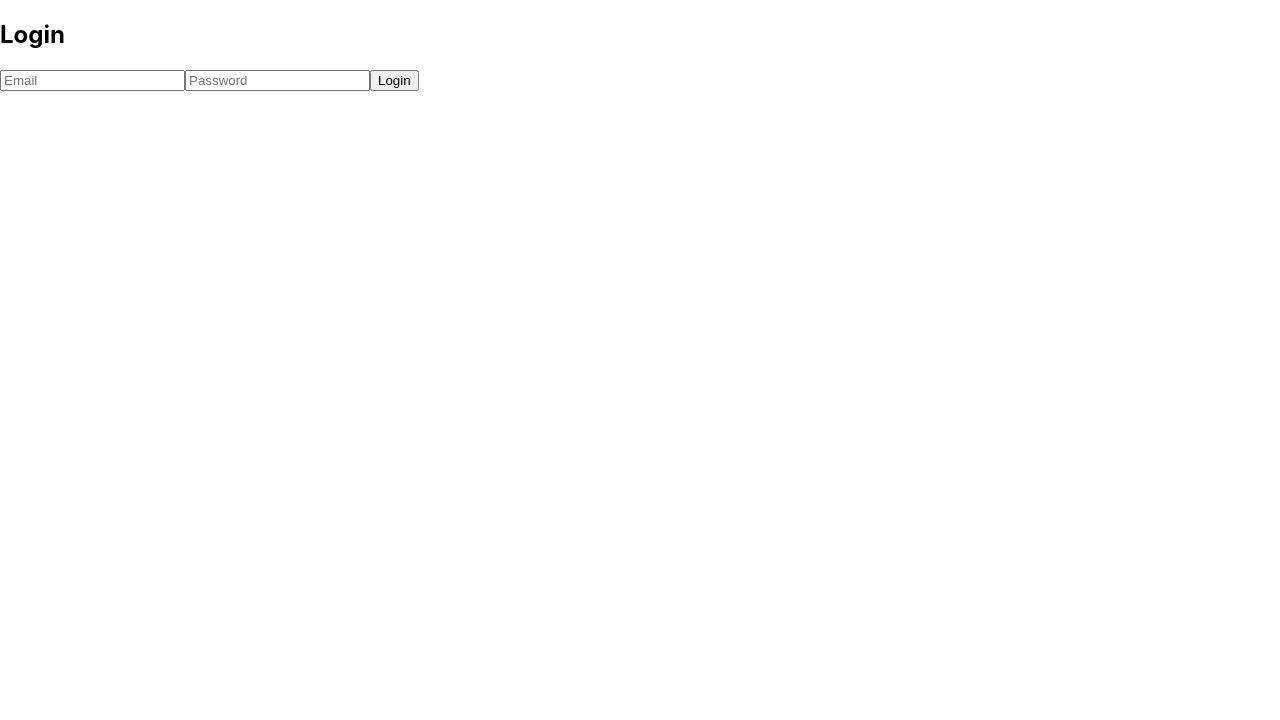
Repository: JaafarRezk/FrontEnd-InternetApplications
Page: /login
The author's editor kept a copy of each file at every save. The page is drawn from the files as they stood at one save, then again after the next save.
The browser window is 1280 px wide. The pictures show the whole page.
The project was rebuilt for these pictures with package versions that can differ from the ones it lists, and the page was loaded fresh each time. Also part of the build but not shown: src/components/Home.js, src/components/Auth/Register.js.

Above is the page before, as saved 2024-11-09 15:56:02.

After the next save:
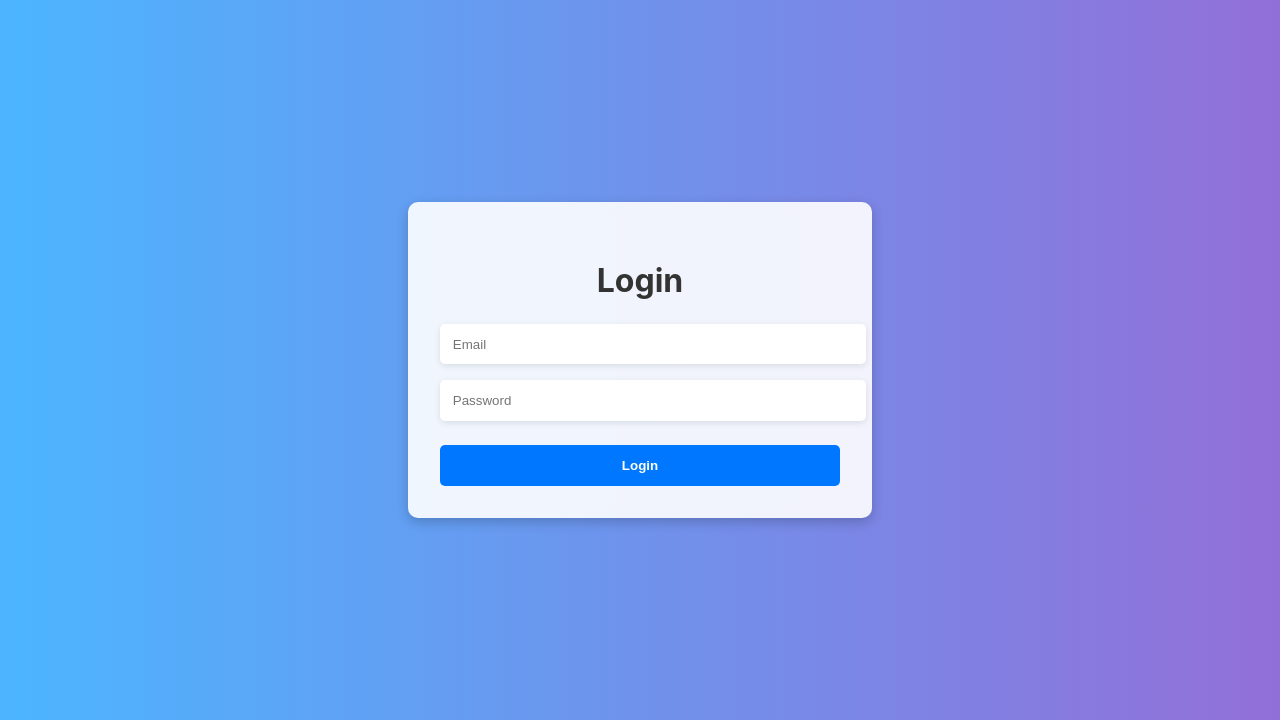
Saved 15 s later.
--- a/src/components/Auth/Login.js
+++ b/src/components/Auth/Login.js
@@ -1,6 +1,7 @@
 // src/components/Login.js
 import React, { useState } from 'react';
 import axios from 'axios';
+import styles from '../styles/Auth.module.css';
 
 const Login = () => {
   const [email, setEmail] = useState('');
@@ -25,35 +26,35 @@ const Login = () => {
         localStorage.setItem('token', token);
       }
     } catch (error) {
-      if (error.response && error.response.data) {
-        setError(error.response.data.message || 'An error occurred during login.');
-      } else {
-        setError('An unexpected error occurred.');
-      }
+      setError('Invalid credentials or user does not exist.');
       console.error(error);
     }
   };
 
   return (
-    <div>
-      <h2>Login</h2>
-      <form onSubmit={handleSubmit}>
-        <input
-          type="email"
-          placeholder="Email"
-          value={email}
-          onChange={(e) => setEmail(e.target.value)}
-        />
-        <input
-          type="password"
-          placeholder="Password"
-          value={password}
-          onChange={(e) => setPassword(e.target.value)}
-        />
-        <button type="submit">Login</button>
-      </form>
-      {error && <p style={{ color: 'red' }}>{error}</p>}
-      {successMessage && <p style={{ color: 'green' }}>{successMessage}</p>}
+    <div className={styles.container}>
+      <div className={styles.formContainer}>
+        <h2 className={styles.title}>Login</h2>
+        <form onSubmit={handleSubmit}>
+          <input
+            type="email"
+            placeholder="Email"
+            value={email}
+            onChange={(e) => setEmail(e.target.value)}
+            className={styles.input}
+          />
+          <input
+            type="password"
+            placeholder="Password"
+            value={password}
+            onChange={(e) => setPassword(e.target.value)}
+            className={styles.input}
+          />
+          <button type="submit" className={styles.button}>Login</button>
+        </form>
+        {error && <p style={{ color: 'red' }}>{error}</p>}
+        {successMessage && <p style={{ color: 'green' }}>{successMessage}</p>}
+      </div>
     </div>
   );
 };
